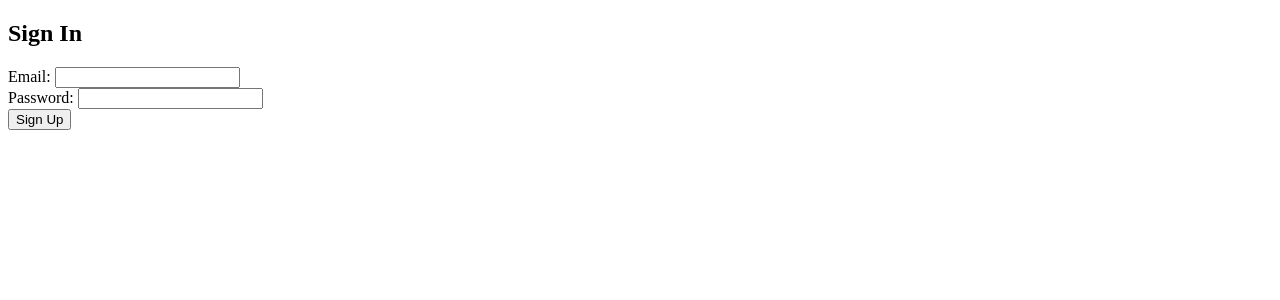
Repository: Ajay9554/javaPrograms
Page: http://localhost/Register/register.jsp
The author's editor kept a copy of each file at every save. The page is drawn from the files as they stood at one save, then again after the next save.
The browser window is 1280 px wide. The pictures show the whole page.
The page is served by Tomcat 9. Nobody is signed in. The application's start-up code is not run.

Above is the page before, as saved 2023-10-17 13:42:23.

After the next save:
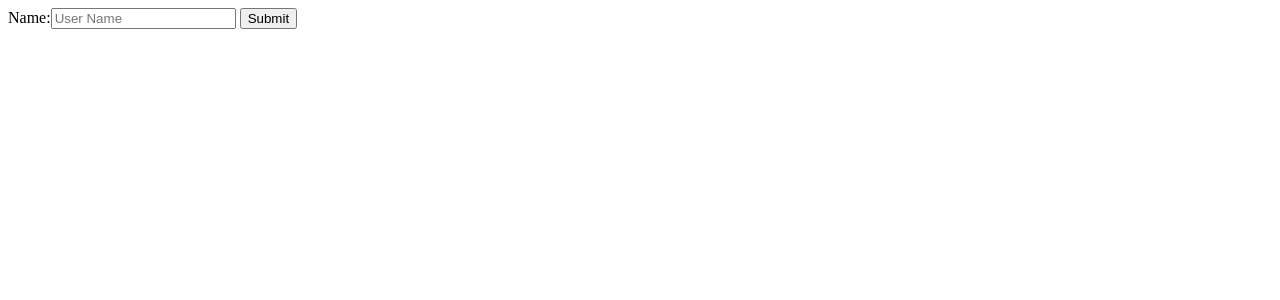
Saved 4 min 43 s later.
--- a/eclipse-workspace/aug1pro/Register/src/main/webapp/register.jsp
+++ b/eclipse-workspace/aug1pro/Register/src/main/webapp/register.jsp
@@ -8,17 +8,9 @@
 </head>
 <body>
 		<form action="" method="post">
-			<h2>Sign In</h2>
-			<div class="form-group">
-				<label for="email">Email:</label> <input type="email" id="email"
-					name="email" required>
-			</div>
-			<div class="form-group">
-				<label for="password">Password:</label> <input type="password"
-					id="password" name="password" required>
-			</div>
+		 Name:<input type="text" name="name" placeholder="User Name">
 
-			<button type="submit">Sign Up</button>
+			<button type="submit">Submit</button>
 
 
 		</form>
